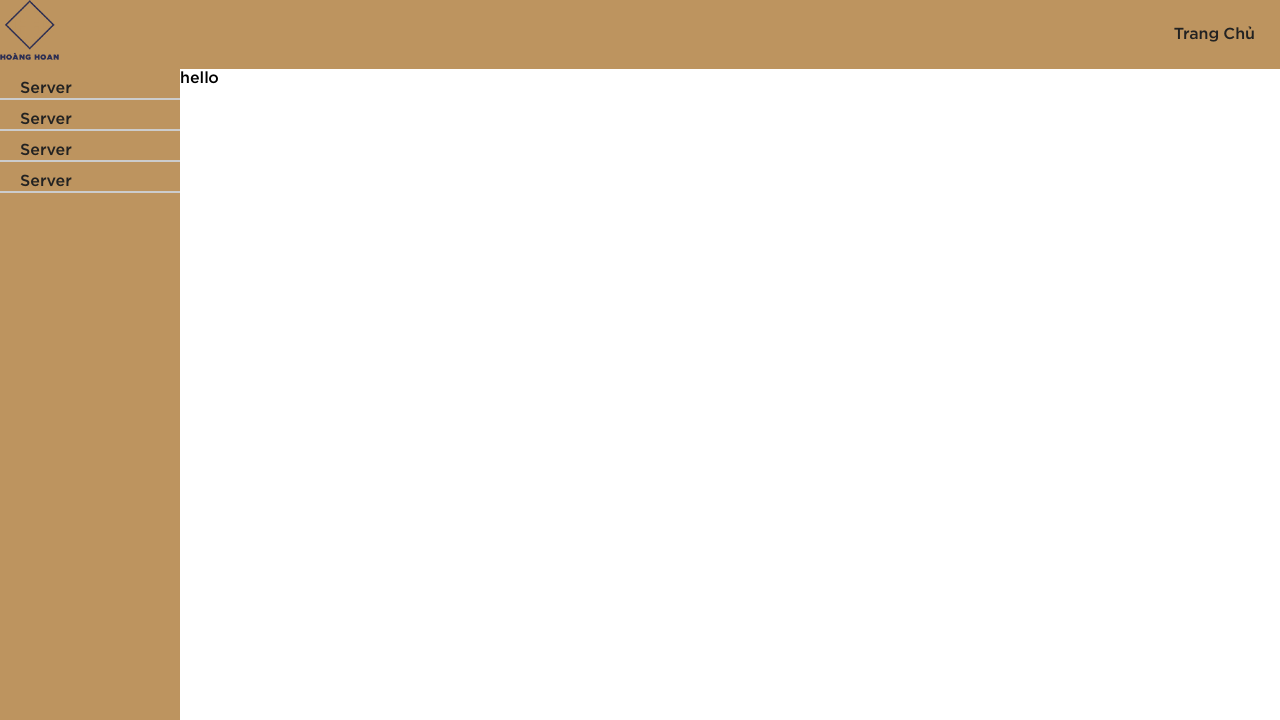
Repository: LDDUNG2003/prj_2
Page: /adminLocal
An editor plug-in stored every save of this project. The page is shown before and after the next save, followed by the edit.
The browser window is 1280 px wide. The pictures show the whole page.
The project was rebuilt for these pictures with package versions that can differ from the ones it lists, and the page was loaded fresh each time. Also part of the build but not shown: src/layouts/header/itemsHeader/index.js, src/layouts/header/loginHeader/index.js, src/layouts/header/index.js, src/layouts/footer/index.js, src/layouts/defaultLayout/index.js, src/font-awesome/index.js, src/pages/home/setProductSlick/index.js, src/pages/home/index.js and 9 more.

Above is the page before, as saved 2023-10-02 16:03:43.

After the next save:
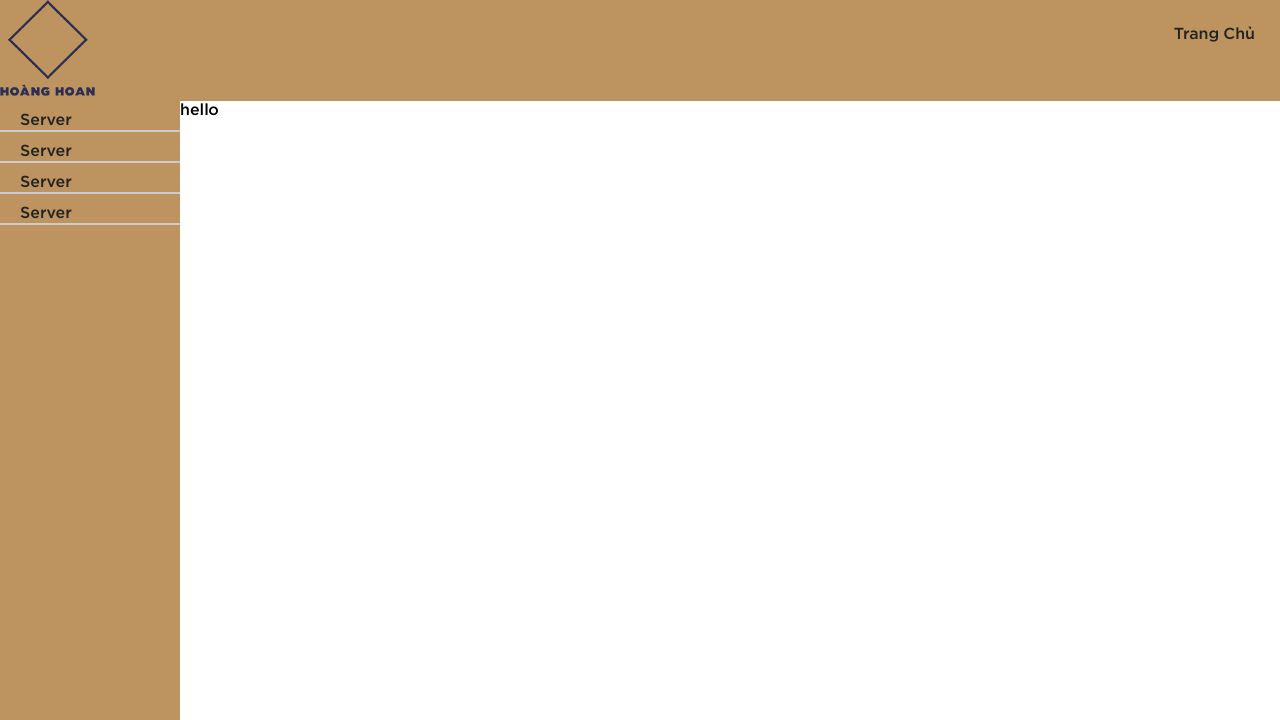
Saved 29 s later.
--- a/src/layouts/AdminLayout/Header/index.js
+++ b/src/layouts/AdminLayout/Header/index.js
@@ -4,7 +4,7 @@ import '../styles/index.css'
 function Header() {
     return (
         <nav className="admin_laybel">
-            <Link to="/"><img className="logo" src={Logo} alt="" /></Link>
+            <Link to="/"><img className="logo-admin" src={Logo} alt="" /></Link>
             <ul className="admin-List">
                 <li className='Admin-item'><Link className="admin-Link" to='/'>Trang Chủ</Link></li>
             </ul>

After the save that followed:
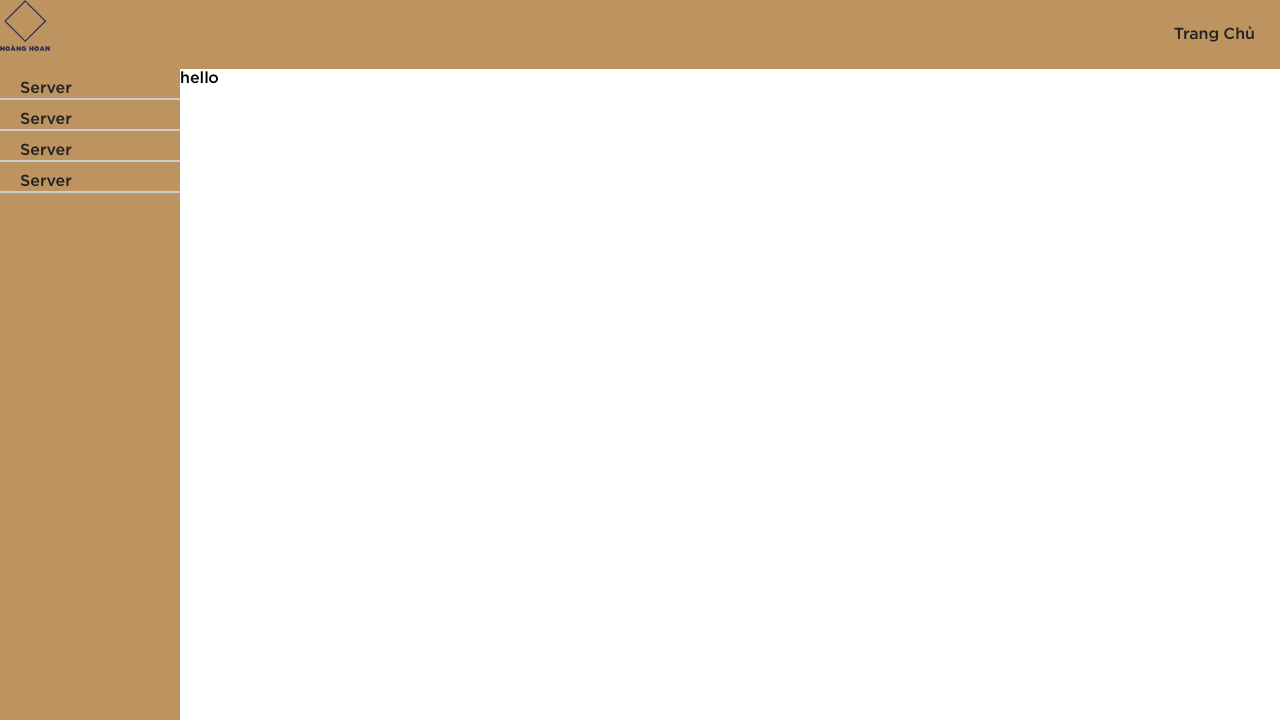
Saved 31 s later.
--- a/src/layouts/AdminLayout/styles/index.css
+++ b/src/layouts/AdminLayout/styles/index.css
@@ -1,5 +1,9 @@
 .Admin-content {
     height: 100%;
+}
+
+.logo-admin {
+    width: 50px;
 }
 
 .admin_laybel {
